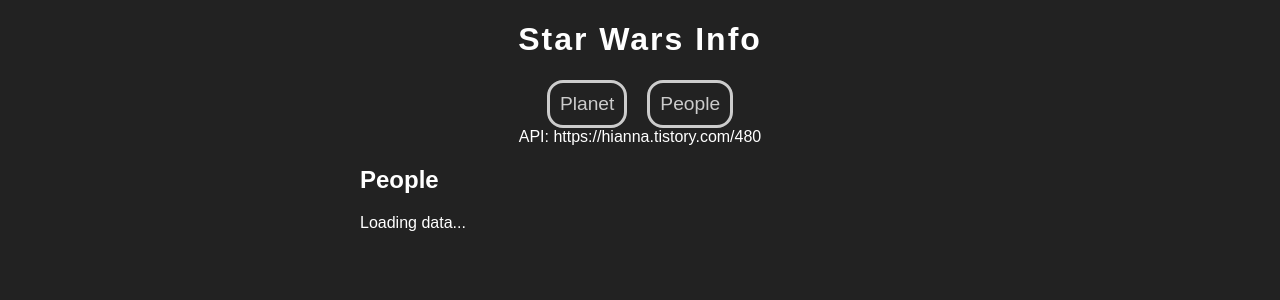
Repository: mireu-san/jikan-react-query
Page: /
These files come from the project's save history. The page is drawn as it stood at one moment and after the next save; the edit follows.
The browser window is 1280 px wide. The pictures show the whole page.
The page's requests for data from a server got no answer. The project was rebuilt for these pictures with package versions that can differ from the ones it lists, and the page was loaded fresh each time. No one was signed in, and anything a server would have sent is missing. Also part of the build but not shown: src/components/Planet.js, src/components/Planets.js, src/components/Person.js.

Above is the page before, as saved 2022-11-29 21:08:37.

### src/index.js
import React from "react";
import App from "./App";
import { QueryClient, QueryClientProvider } from "react-query";
import { createRoot } from "react-dom/client";

const queryClient = new QueryClient();

const rootElement = document.getElementById("root");
const root = createRoot(rootElement);

root.render(
  <React.StrictMode>
    <QueryClientProvider client={queryClient}>
      <App />
    </QueryClientProvider>
  </React.StrictMode>
);

### src/App.js
import React, { useState } from "react";
import Navbar from "./components/Navbar";
import Planets from "./components/Planets";
import People from "./components/People";
import "./index.css";

function App() {
  const [page, setPage] = useState();

  return (
    <div className="App">
      <h1>Star Wars Info</h1>
      <Navbar setPage={setPage} />
      <span>API: https://hianna.tistory.com/480</span>
      <div className="content">
        {page === "planets" ? <Planets /> : <People />}
      </div>
    </div>
  );
}
export default App;

// import { BrowserRouter as Router, Routes, Route } from "react-router-dom";
// import { Home } from "./Home";
// import { QueryClient, QueryClientProvider } from "@tanstack/react-query";

// function App() {
//   const client = new QueryClient({
//     defaultOptions: {
//       queries: {
//         refetchOnWindowFocus: true,
//       },
//     },
//   });
//   return (
//     <div className="App">
//       <QueryClientProvider client={client}>
//         <Router>
//           <Routes>
//             <Route path="/" element={<Home />} />
//             <Route path="*" element={<h1> PAGE NOT FOUND</h1>} />
//           </Routes>
//         </Router>
//       </QueryClientProvider>
//     </div>
//   );
// }

// export default App;

### src/components/Navbar.js
import React from "react";

const Navbar = ({ setPage }) => {
  return (
    <nav>
      <button onClick={() => setPage("planets")}>Planet</button>
      <button onClick={() => setPage("people")}>People</button>
    </nav>
  );
};

export default Navbar;

### src/components/People.js
import React from "react";
import { useQuery } from "react-query";
import Person from "./Person";

const fetchPeople = async () => {
  const res = await fetch("http://swapi.dev/api/people/");
  return res.json();
};

const People = () => {
  const { data, status } = useQuery("People", fetchPeople);
  console.log(data);

  return (
    <div>
      <h2>People</h2>

      {status === "loading" && <div>Loading data...</div>}

      {status === "error" && <div>Error fetching data!</div>}

      {status === "success" && (
        <div>
          {data.results.map((person) => (
            <Person key={person.name} person={person} />
          ))}
        </div>
      )}
    </div>
  );
};

export default People;

### src/index.css
body {
    margin: 0;
    font-family: Arial, Helvetica, sans-serif;
    background: #222;
    color: white;
    text-align: center;
}

.App {
    width: 560px;
    margin: 0 auto;
}

nav {
    margin-top: 1rem;
}

h1 {
    color: #ffffff;
    letter-spacing: 2px;
}

button {
    margin: 0 10px;
    background: transparent;
    border: 3px solid #ccc;
    border-radius: 1rem;
    padding: 10px;
    color: #ccc;
    font-size: 1.2rem;
    cursor: pointer;
}

button:hover {
    color: #fff;
    border-color: #fff;
}

.content {
    text-align: left;
}

/* planet.js */
.card {
    padding: 8px 16px;
    background: #1b1b1b;
    margin: 16px 0;
    border-radius: 20px;
}

.card p{
    margin: 6px 0;
    color: #999;
}

.card h3{
    margin: 10px 0;
    color: #ffff57;
}

Loaded but not shown: public/index.html (common file)

After the next save:
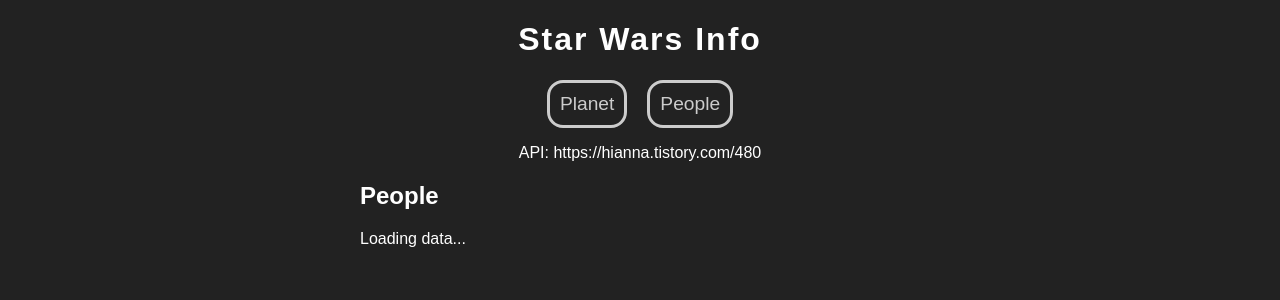
Saved 10 s later.
--- a/src/index.css
+++ b/src/index.css
@@ -12,7 +12,7 @@
 }
 
 nav {
-    margin-top: 1rem;
+    margin-bottom: 1rem;
 }
 
 h1 {
